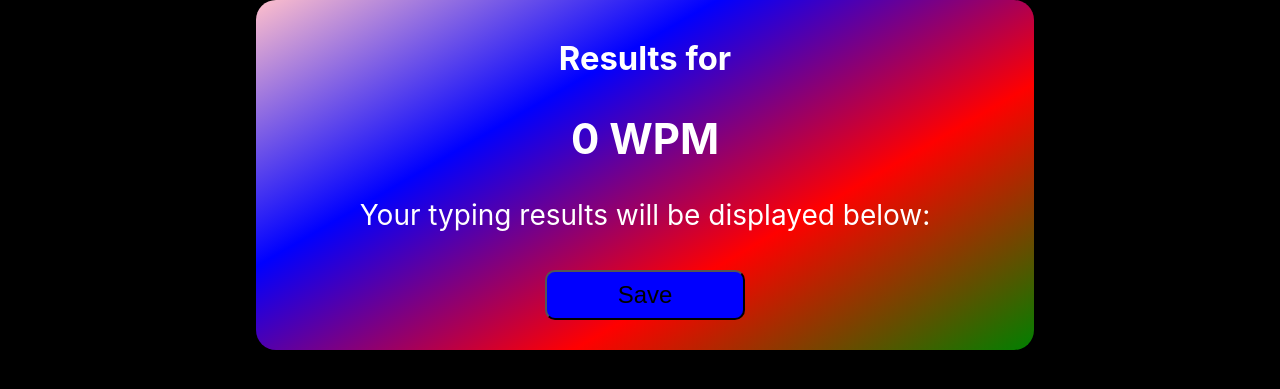
Repository: abhaysharma20233009/swiftKey
Page: /results (app in frontend/my-app/)
An editor plug-in stored every save of this project. The page is shown before and after the next save, followed by the edit.
The browser window is 1280 px wide. The pictures show the whole page.
The page's requests for data from a server got no answer. The project was rebuilt for these pictures with package versions that can differ from the ones it lists, and the page was loaded fresh each time. No one was signed in, and anything a server would have sent is missing. Also part of the build but not shown: frontend/my-app/src/Swifts.js, frontend/my-app/src/Login.js.

Above is the page before, as saved 2024-10-10 20:47:15.

### frontend/my-app/src/App.js
//App.js

import './App.css';
import React from 'react';
import { BrowserRouter as Router, Route, Routes } from 'react-router-dom';
import Swift from './Swifts';
import Results from './Results';
import Login from './Login';
const App = () => {
    return (
        <Router>
			<div className="App">
            <Routes>
                <Route path="/" element={<Swift />} />
                <Route path="/results" element={<Results />} />
                <Route path="/login" element={<Login />} />
            </Routes>
			</div>
        </Router>
    );
};

export default App;

### frontend/my-app/src/App.css
.App {
  text-align: center;
  color:white;
}

body{
  background-color:black;
}

.log{
  color:black;
  margin-left: 10px;
  margin-right: 10px;
  background-color: blue;
  border-radius: 10px;
  height:50px;
  width:200px;
  justify-self: end;
  font-size: x-large;
  margin-top:10px;
  margin-bottom:25px;
}




.in{
  border-radius:20px;
  font-size: 24px;
  width: 60%;
  padding: 10px;
  margin: 10px 0;
}

.hea{
  margin-top: 50px;
  margin-bottom:20px;
  margin-left:25%;
  background-color: lightgray;
  font-size: 24px;
  background-color:rgb(0, 128, 9);
  width:50%;
  height:50px;
  border-radius:30px;
  text-align: center;
}

.lo{
  text-align:center;
}
.Timer{
  height:50px;
  font-size:30px;
  margin-bottom: 10px;
  background-color:rgb(33, 222, 23);
  width:50px;
  margin-left:48%;
  border-radius: 15px;
}

.form{
  font-size: 28px;
  margin-top:80px;
  padding:5px;
  background:linear-gradient(150deg,pink,blue,red,green);
  background-color:rgb(169, 90, 63);
  width:60%;
  border-radius:20px;
  margin-left:20%;
}

.logs{
  color:black;
  margin-left: 10px;
  margin-right: 10px;
  background-color: rgb(255, 0, 144);
  border-radius: 10px;
  height:50px;
  width:200px;
  justify-self: end;
  font-size: x-large;
  margin-top:10px;
  margin-bottom:25px;
}

### frontend/my-app/src/Results.js
import React, { useState, useEffect } from 'react';
import { useLocation } from 'react-router-dom';

function Results() {
    const [info, setInfo] = useState([]);
    const location = useLocation();
    const wordTyped = location.state?.wordTyped || 0; // Get currentWordIndex from state
    const username = location.state?.username || '';
    const email=location.state?.email||'';
    const fetchUser = async () => {
        try {
            const response = await fetch('http://localhost:7000/update_info');
            const data = await response.json();
            // Filter data for the specific user
            const userData = data.filter((msg) => msg.username === username);
            setInfo(userData);
        } catch (error) {
            console.error('Error fetching info:', error);
        }
    };

    const saveResults = async () => {
        try {
            const response = await fetch('http://localhost:7000/check-user', {
                method: 'POST',
                headers: {
                    'Content-Type': 'application/json',
                },
                body: JSON.stringify({ username }),
            });

            if (response.ok) {
                try {
                   await fetch('http://localhost:7000/update_info', {
                        method: 'POST',
                        headers: {
                            'Content-Type': 'application/json',
                        },
                        body: JSON.stringify({ username,email, wordTyped }),
                    });
                    await fetchUser(); // Fetch updated user data

                } catch (error) {
                    console.error('Error saving results:', error);
                }
            }
            else {
                alert("login first to save ")
            }
        } catch (error) {
            console.error('Error checking user:', error);
        }
    };

    // Fetch user data on component mount
    useEffect(() => {
        fetchUser();
    }, []);

    return (
        <div className="form" style={{ textAlign: 'center', marginTop: '0px' }}>
            <h3>Results for {username}</h3> {/* Display username here */}
            <h2>{wordTyped} WPM</h2>
            <p>Your typing results will be displayed below:</p>
            <ul>
                {info.map((msg) => (
                    msg.words_typed.map((wordObj, index) => (
                        <li key={`${msg._id}-${index}`}>
                            <strong>   {wordObj.word}            :</strong>{new Date(wordObj.timestamp).toLocaleString()}
                        </li>
                    ))
                ))}
            </ul>
            <button className ="log" onClick={saveResults}>Save</button>
        </div>
    );
}

export default Results;

Loaded but not shown: frontend/my-app/public/index.html (common file); frontend/my-app/src/index.js (common file); frontend/my-app/src/index.css (common file); frontend/my-app/src/reportWebVitals.js (common file)

After the next save:
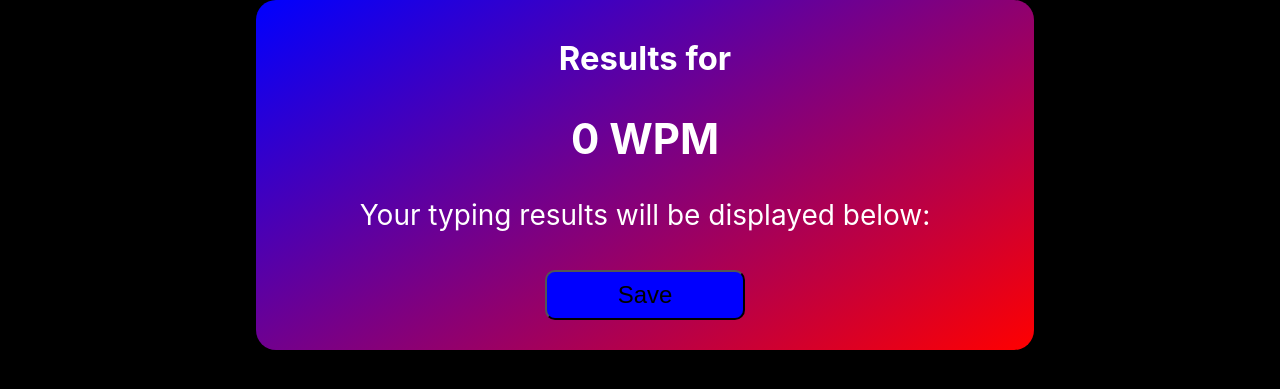
Saved 41 s later.
--- a/frontend/my-app/src/App.css
+++ b/frontend/my-app/src/App.css
@@ -62,7 +62,7 @@ body{
   font-size: 28px;
   margin-top:80px;
   padding:5px;
-  background:linear-gradient(150deg,pink,blue,red,green);
+  background:linear-gradient(150deg,blue,red);
   background-color:rgb(169, 90, 63);
   width:60%;
   border-radius:20px;
